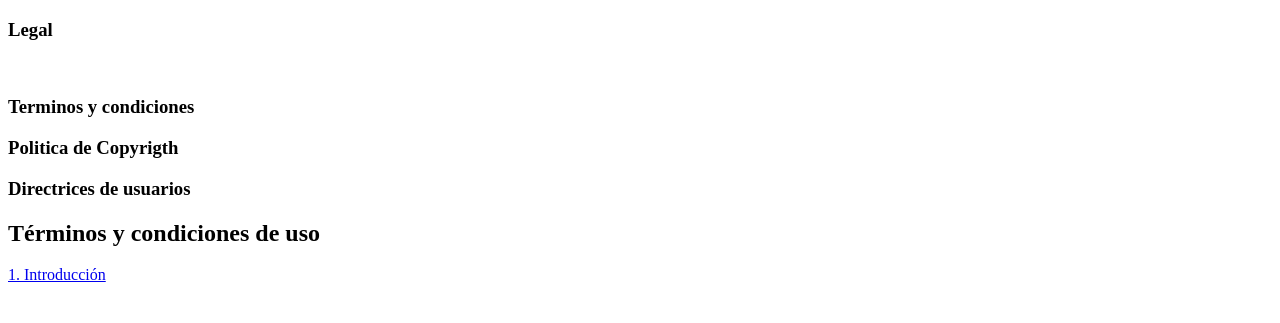
Repository: Devbenitez/Gen_30
Page: Gen_30/Maquetado/practicas/index.html
These files come from the project's save history. The page is drawn as it stood at one moment and after the next save; the edit follows.
The browser window is 1280 px wide. The pictures show the whole page.

Above is the page before, as saved 2023-11-07 23:00:43.

### Gen_30/Maquetado/practicas/index.html
<!DOCTYPE html>
<html lang="es">
    <meta charset="UTF-8" />
    <meta name="descripción" content="=practica1"/>
    <meta name="author" content="danielbenitez" />
<head>
<title>Practica spotify</title>
</head>
<body>
<section>
<h3><b>Legal</b></h3><br />
<h3>Terminos y condiciones</h3>
<h3>Politica de Copyrigth</h3>
<h3>Directrices de usuarios</h3>
</section>
<section>
    <h1>Términos y condiciones de uso</h1>
</section>
<section>
    <a href="#1. Introducción">1. Introducción</a>
</section>


</body>
</html>

After the next save:
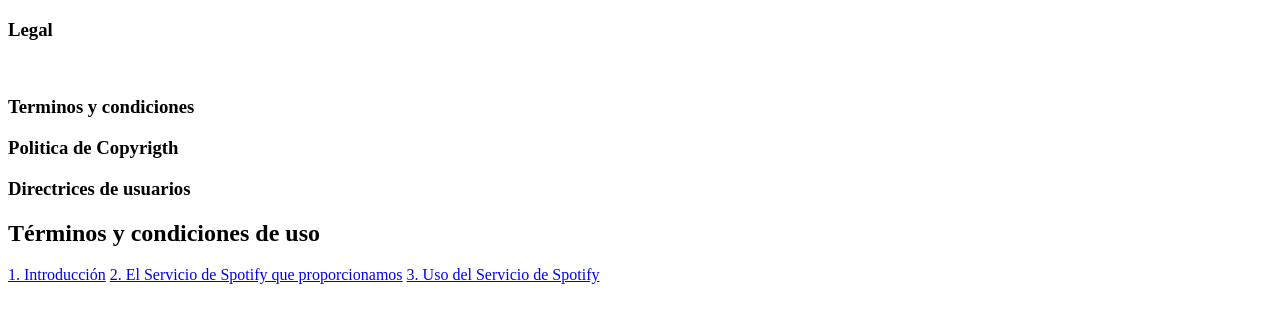
Saved 82 s later.
--- a/Gen_30/Maquetado/practicas/index.html
+++ b/Gen_30/Maquetado/practicas/index.html
@@ -18,6 +18,8 @@
 </section>
 <section>
     <a href="#1. Introducción">1. Introducción</a>
+    <a href="#2. El Servicio de Spotify que proporcionamos">2. El Servicio de Spotify que proporcionamos</a>
+    <a href="#3. Uso del Servicio de Spotify">3. Uso del Servicio de Spotify</a>
 </section>
 
 
